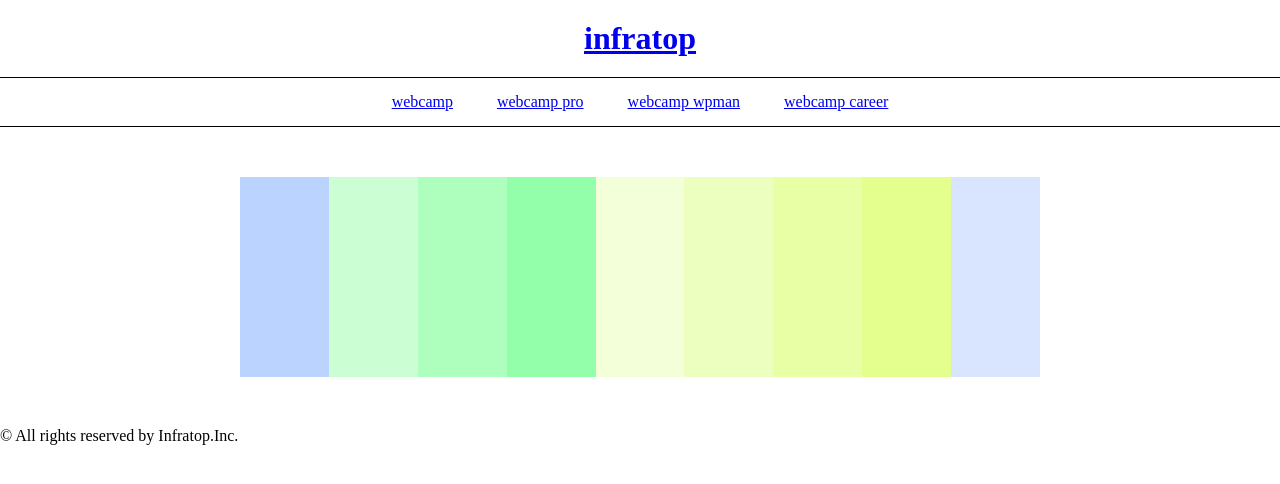
Repository: Y-takumi0/DMMwebcamp
Page: exercise/chapter5.html
The author's editor kept a record of every edit. The page is drawn from the files as they stood at one moment, then again after the next edit.
The browser window is 1280 px wide. The pictures show the whole page.

Above is the page before.

After the next edit:
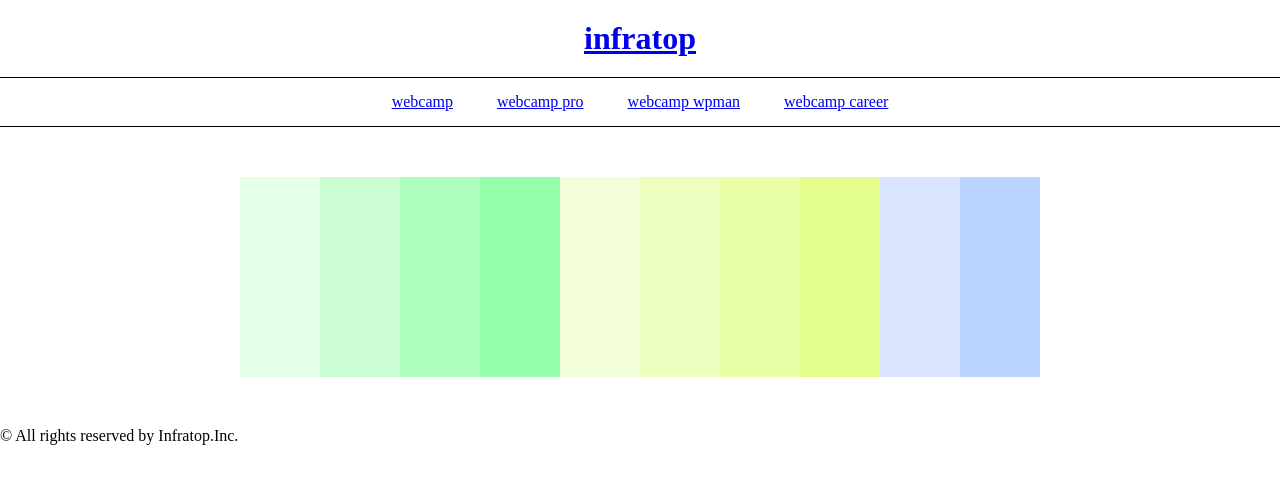
The edit:
--- a/exercise/chapter5.css
+++ b/exercise/chapter5.css
@@ -89,7 +89,7 @@
   background-color: #d9e5ff;
 }
 
-.square1 {
+.square10 {
   width: 200px;
   height: 200px;
   background-color: #bad3ff;
